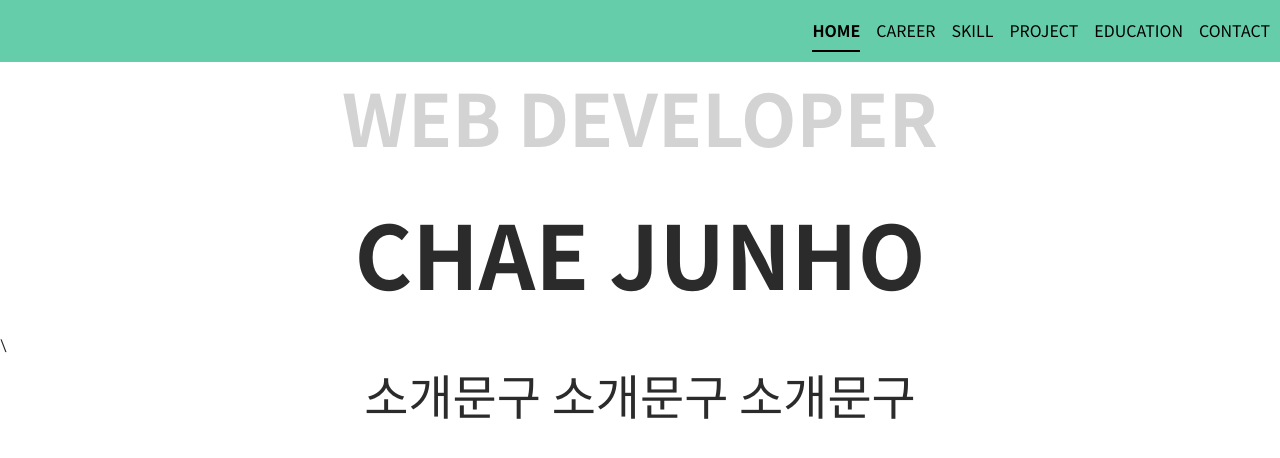
Repository: chaejunho689/bitcamp
Page: PersonalProject/src/main/webapp/index.html
These files come from the project's save history. The page is drawn as it stood at one moment and after the next save; the edit follows.
The browser window is 1280 px wide. The pictures show the whole page.

Above is the page before, as saved 2024-08-29 08:36:20.

After the next save:
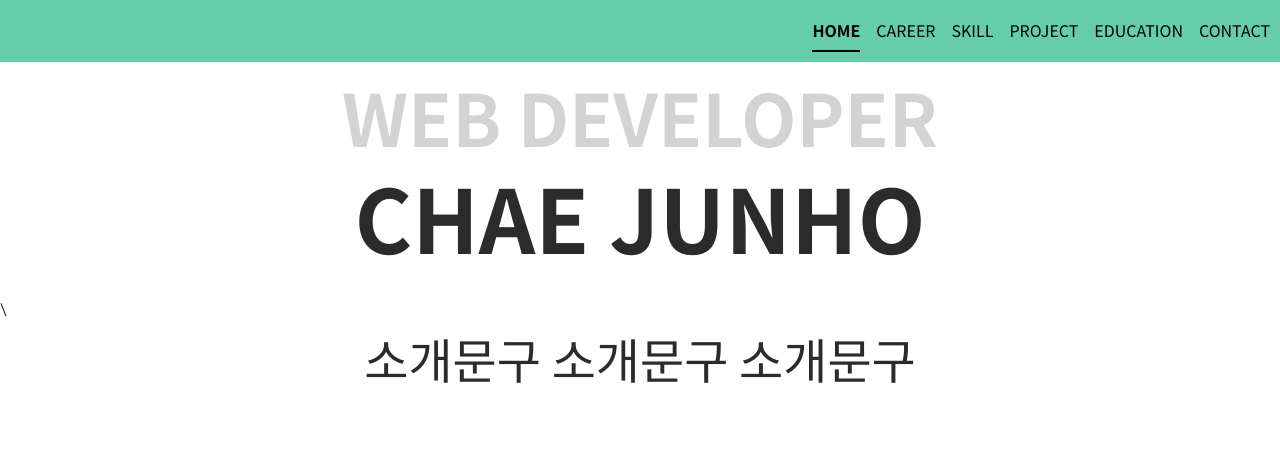
Saved 8 s later.
--- a/PersonalProject/src/main/webapp/index.html
+++ b/PersonalProject/src/main/webapp/index.html
@@ -55,6 +55,7 @@
 		font-weight: 800;
 		font-size: 4.5em;
 		color: #D3D3D3;
+		margin-bottom: -20px;
 	}
 
 	#div_name > p {

After the save that followed:
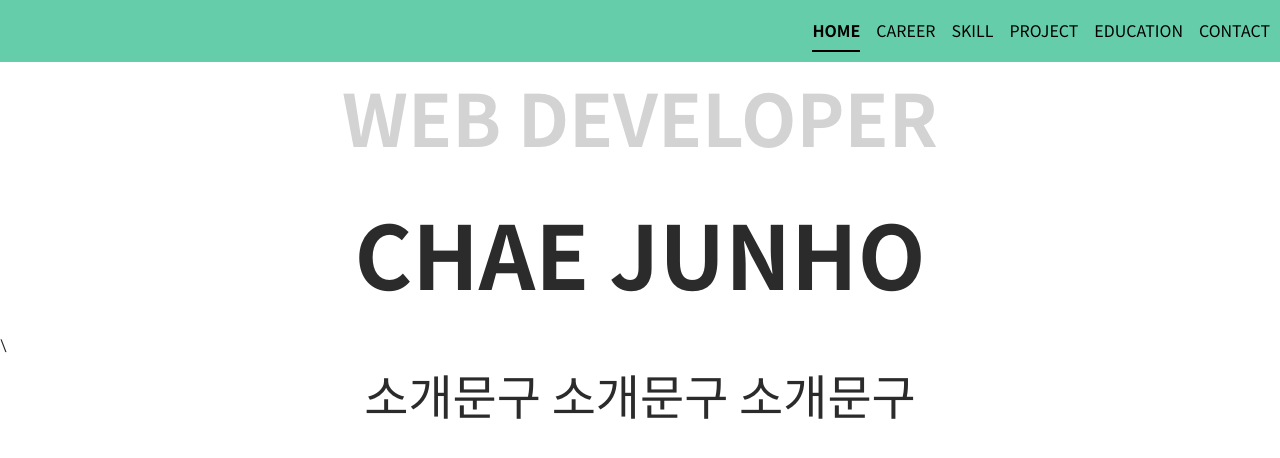
Saved 9 s later.
--- a/PersonalProject/src/main/webapp/index.html
+++ b/PersonalProject/src/main/webapp/index.html
@@ -55,7 +55,7 @@
 		font-weight: 800;
 		font-size: 4.5em;
 		color: #D3D3D3;
-		margin-bottom: -20px;
+		padding-bottom: -20px;
 	}
 
 	#div_name > p {
